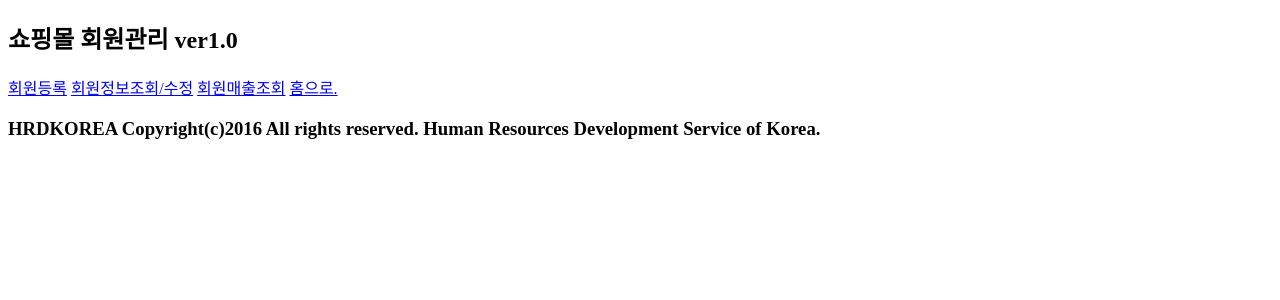
Repository: brightjy/Today-what-I-practiced
Page: http://localhost/HRD_7/
These files come from the project's save history. The page is drawn as it stood at one moment and after the next save; the edit follows.
The browser window is 1280 px wide. The pictures show the whole page.
The page is served by Tomcat 9.

Above is the page before, as saved 2020-05-18 11:29:53.

After the next save:
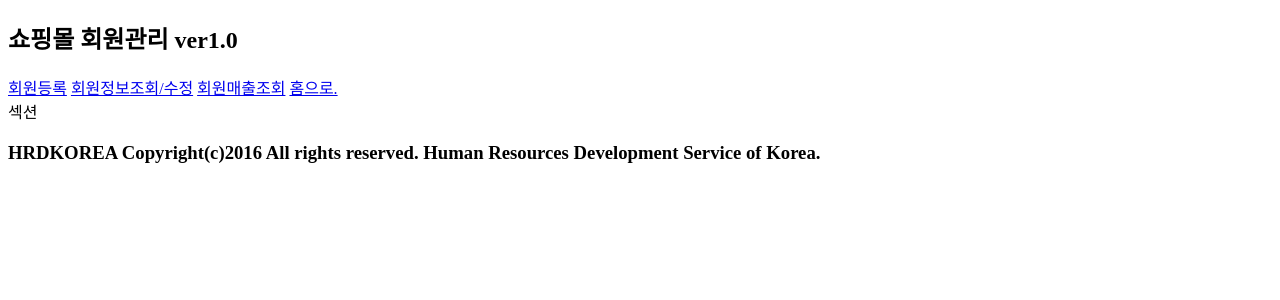
Saved 6 s later.
--- a/hrdkorea_0518/HRD_7/WebContent/view/main.jsp
+++ b/hrdkorea_0518/HRD_7/WebContent/view/main.jsp
@@ -9,7 +9,7 @@
 <body>
 <jsp:include page="header.jsp"></jsp:include>
 <section>
-
+섹션
 </section>
 <jsp:include page="footer.jsp"></jsp:include>
 </body>
